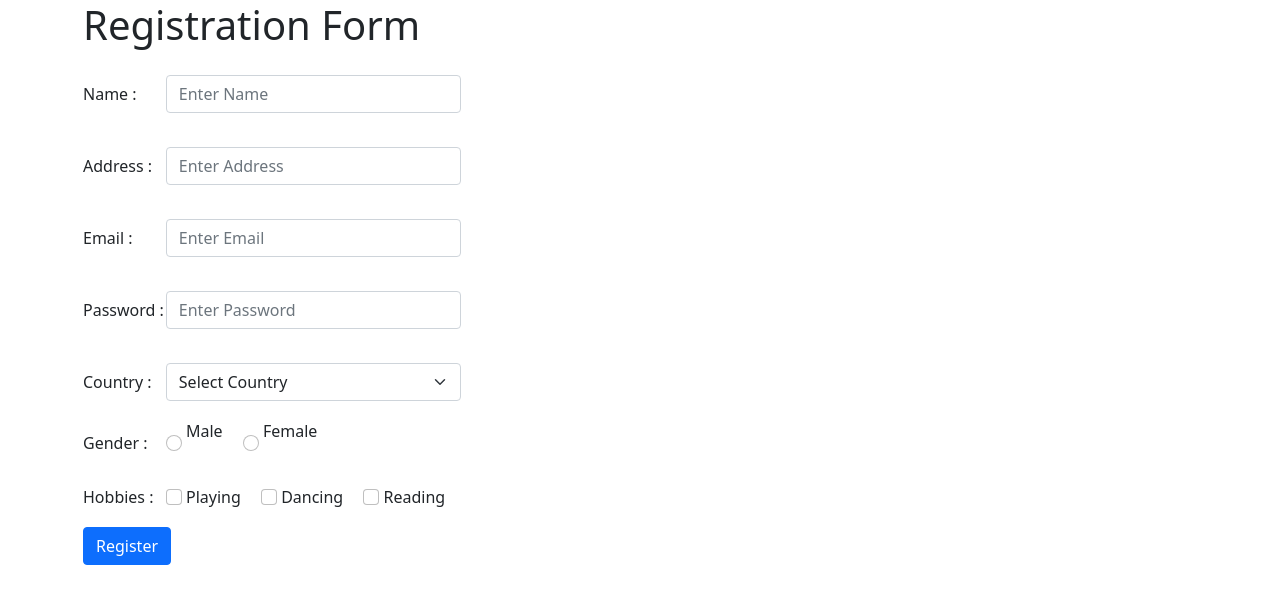
Repository: testuser85495/Java-Practical
Page: http://localhost/First_demo/
These files come from the project's save history. The page is drawn as it stood at one moment and after the next save; the edit follows.
The browser window is 1280 px wide. The pictures show the whole page.
The page is served by Tomcat 9. Other server files are loaded and not shown.

Above is the page before, as saved 2024-07-23 13:46:23.

### First_demo/src/main/webapp/index.jsp
<%@ page language="java" contentType="text/html; charset=UTF-8"
	pageEncoding="UTF-8"%>
<!DOCTYPE html>
<html>
<head>
<!-- Required meta tags -->
<meta charset="utf-8">
<meta name="viewport" content="width=device-width, initial-scale=1">

<!-- Bootstrap CSS -->
<link
	href="https://cdn.jsdelivr.net/npm/bootstrap@5.0.2/dist/css/bootstrap.min.css"
	rel="stylesheet"
	integrity="sha384-EVSTQN3/azprG1Anm3QDgpJLIm9Nao0Yz1ztcQTwFspd3yD65VohhpuuCOmLASjC"
	crossorigin="anonymous">

<title>Edit</title>
</head>


<body>
	<div class="container">
		<%-- <h3 class="scriptlet">
			<%
			String msg = (String) request.getAttribute("msg");
			if (msg != null) {
				out.print(msg);
			}
			%>
		</h3> --%>

		<form action="UserController" method="post">
			<table cellspacing="15" class="tbl_reg">
				<tr>
					<td colspan="2">
						<h1>Registration Form</h1>
					</td>
				</tr>
				<tr>
					<td><label>Name : </label></td>
					<td><input type="text" name="name" placeholder="Enter Name"
						class="form-control my-3" required="required"></td>
				</tr>

				<tr>
					<td><label>Address : </label></td>
					<td><input type="text" name="address"
						placeholder="Enter Address" required="required"
						class="form-control my-3"></td>
				</tr>


				<tr>
					<td><label>Email : </label></td>
					<td><input type="email" name="email" placeholder="Enter Email"
						required="required" class="form-control my-3"></td>
				</tr>
				<tr>
					<td><label>Password : </label></td>
					<td><input type="password" name="password"
						placeholder="Enter Password" required="required"
						class="form-control my-3"></td>
				</tr>

				<tr>
					<td><label>Country : </label></td>
					<td><select name="country" id="Country"
						class="form-select my-3">
							<option selected>Select Country</option>
							<option value="India">India</option>
							<option value="USA">USA</option>
							<option value="Canada">Canada</option>
							<option value="UK">UK</option>
					</select></td>
				</tr>

				<tr>
					<td><label>Gender : </label></td>
					<td><label class="form-check-inline"> <input
							type="radio" name="gender" value="male" class="form-check-input my-3">
							Male
					</label> <label class="form-check-inline"> <input type="radio"
							name="gender" value="female" class="form-check-input my-3">
							Female
					</label></td>
				</tr>


				<tr>
					<td><label>Hobbies : </label></td>
					<td><label class="form-check-inline my-3"> <input
							type="checkbox" name="hobbie" value="playing"
							class="form-check-input"> Playing
					</label> <label class="form-check-inline"> <input type="checkbox"
							name="hobbie" value="Dancing" class="form-check-input">
							Dancing
					</label> <label class="form-check-inline"> <input type="checkbox"
							name="hobbie" value="Reading" class="form-check-input">
							Reading
					</label></td>
				</tr>
				<tr>
					<td colspan="2"><input type="Submit" name="action"
						value="Register" class="btn btn-primary reg_submit"
						id="reg_submit" /></td>
				</tr>
			</table>
			<!-- <h4><a href="home.jsp">List</a></h4> -->
		</form>
	</div>
</body>
</html>

After the next save:
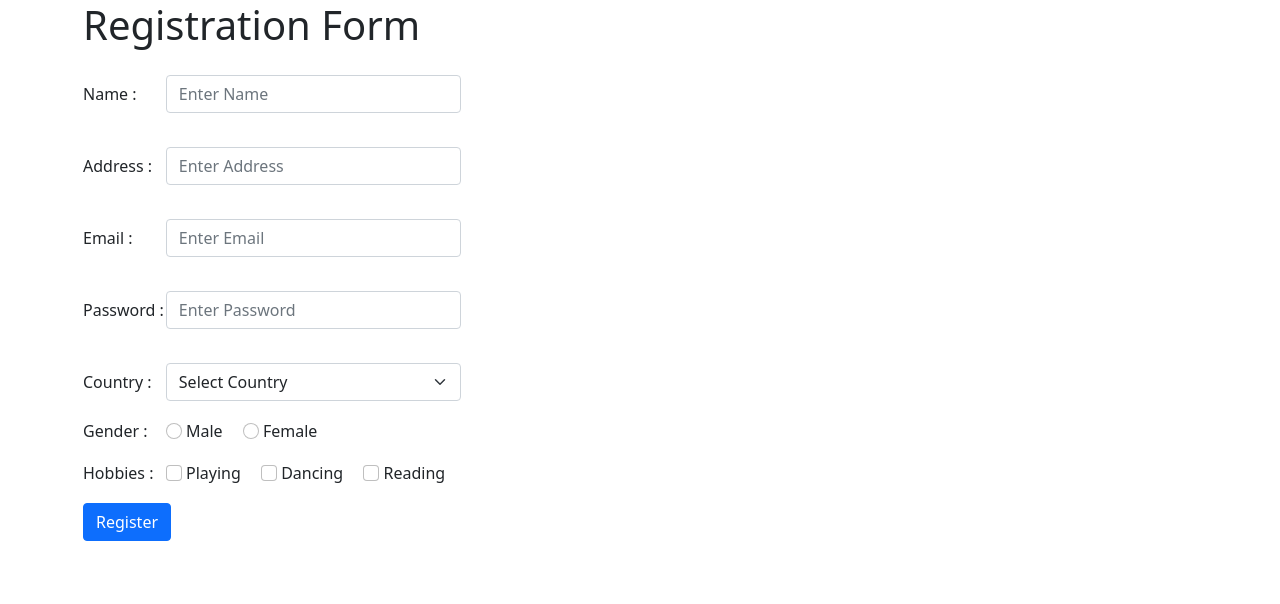
Saved 6 s later.
--- a/First_demo/src/main/webapp/index.jsp
+++ b/First_demo/src/main/webapp/index.jsp
@@ -77,10 +77,10 @@
 				<tr>
 					<td><label>Gender : </label></td>
 					<td><label class="form-check-inline"> <input
-							type="radio" name="gender" value="male" class="form-check-input my-3">
+							type="radio" name="gender" value="male" class="form-check-input">
 							Male
 					</label> <label class="form-check-inline"> <input type="radio"
-							name="gender" value="female" class="form-check-input my-3">
+							name="gender" value="female" class="form-check-input">
 							Female
 					</label></td>
 				</tr>
